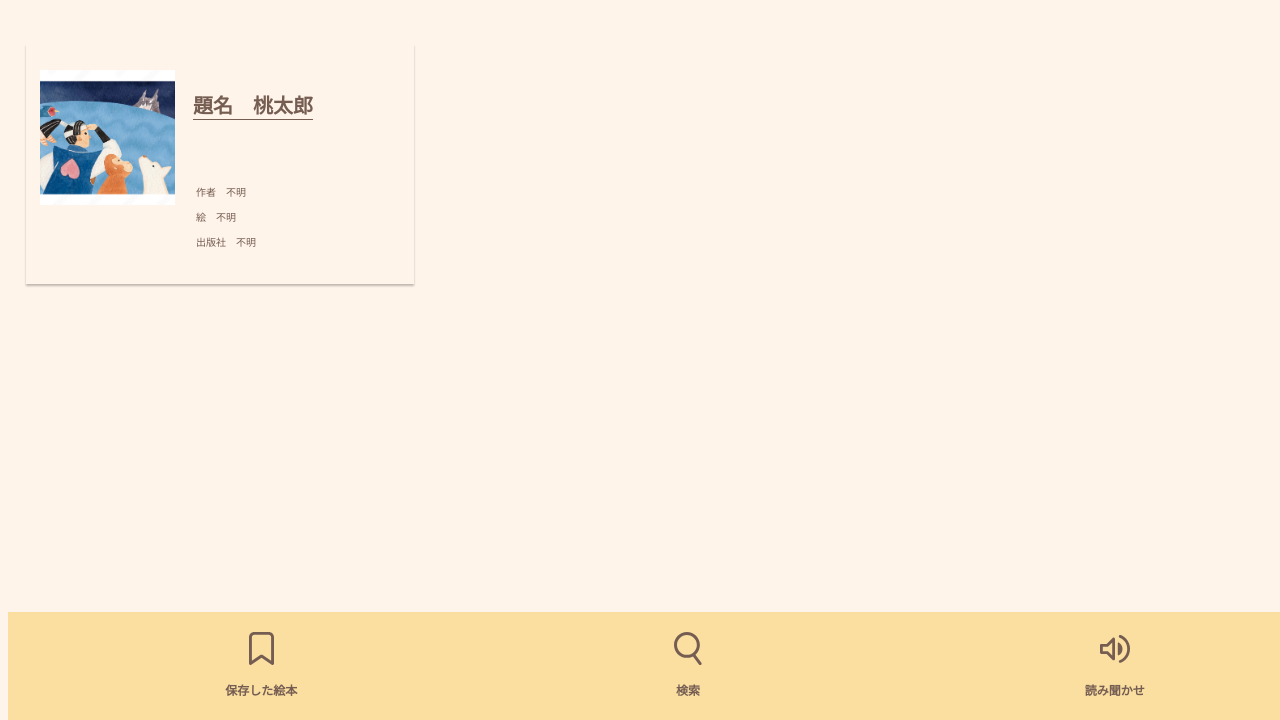
Repository: kmii12/2024-teampj
Page: /result/resultDetail/1
An editor plug-in stored every save of this project. The page is shown before and after the next save, followed by the edit.
The browser window is 1280 px wide. The pictures show the whole page.
The project was rebuilt for these pictures with package versions that can differ from the ones it lists, and the page was loaded fresh each time. The framework's server and built-in components were replaced by stand-ins that run in the browser. Also part of the build but not shown: next.config.mjs.

Above is the page before, as saved 2024-10-29 23:30:54.

After the next save:
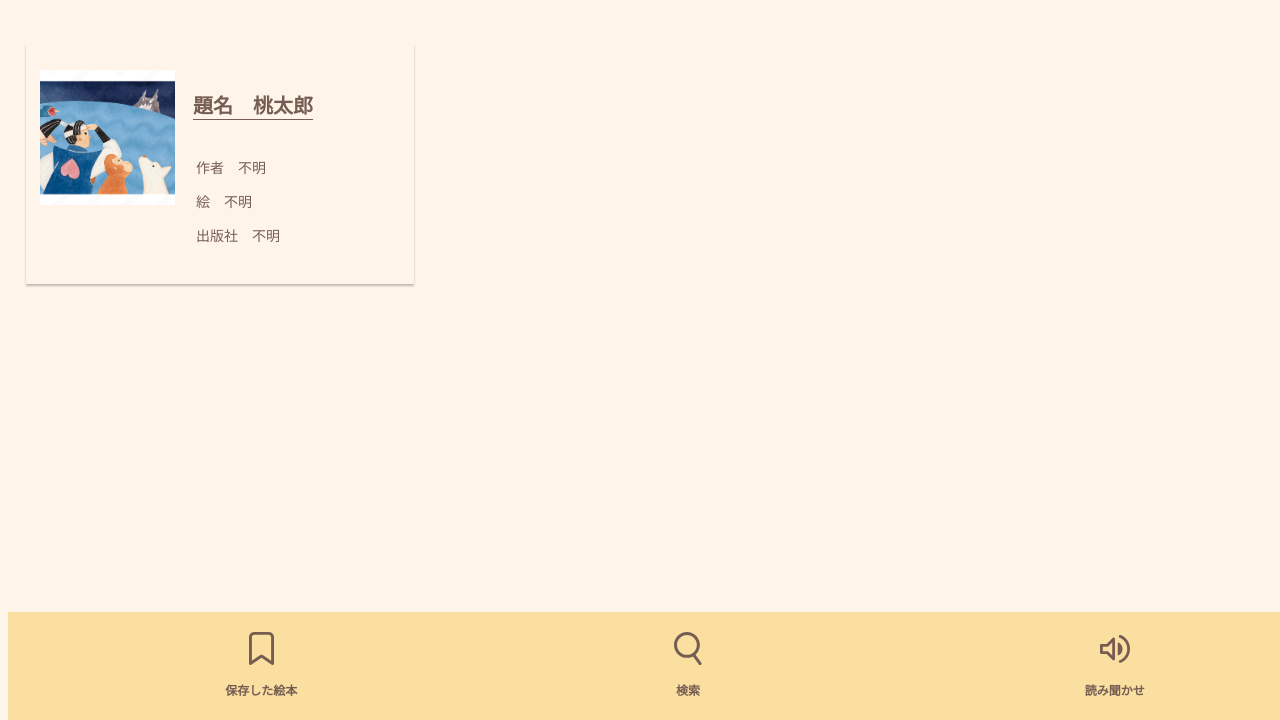
Saved 37 s later.
--- a/src/app/result/resultDetail/[id]/ResultDetail.module.scss
+++ b/src/app/result/resultDetail/[id]/ResultDetail.module.scss
@@ -31,6 +31,9 @@
       position: absolute;
       bottom: 25px;
       left: 170px;
+      p {
+        font-size: 1.4rem;
+      }
     }
   }
 }
